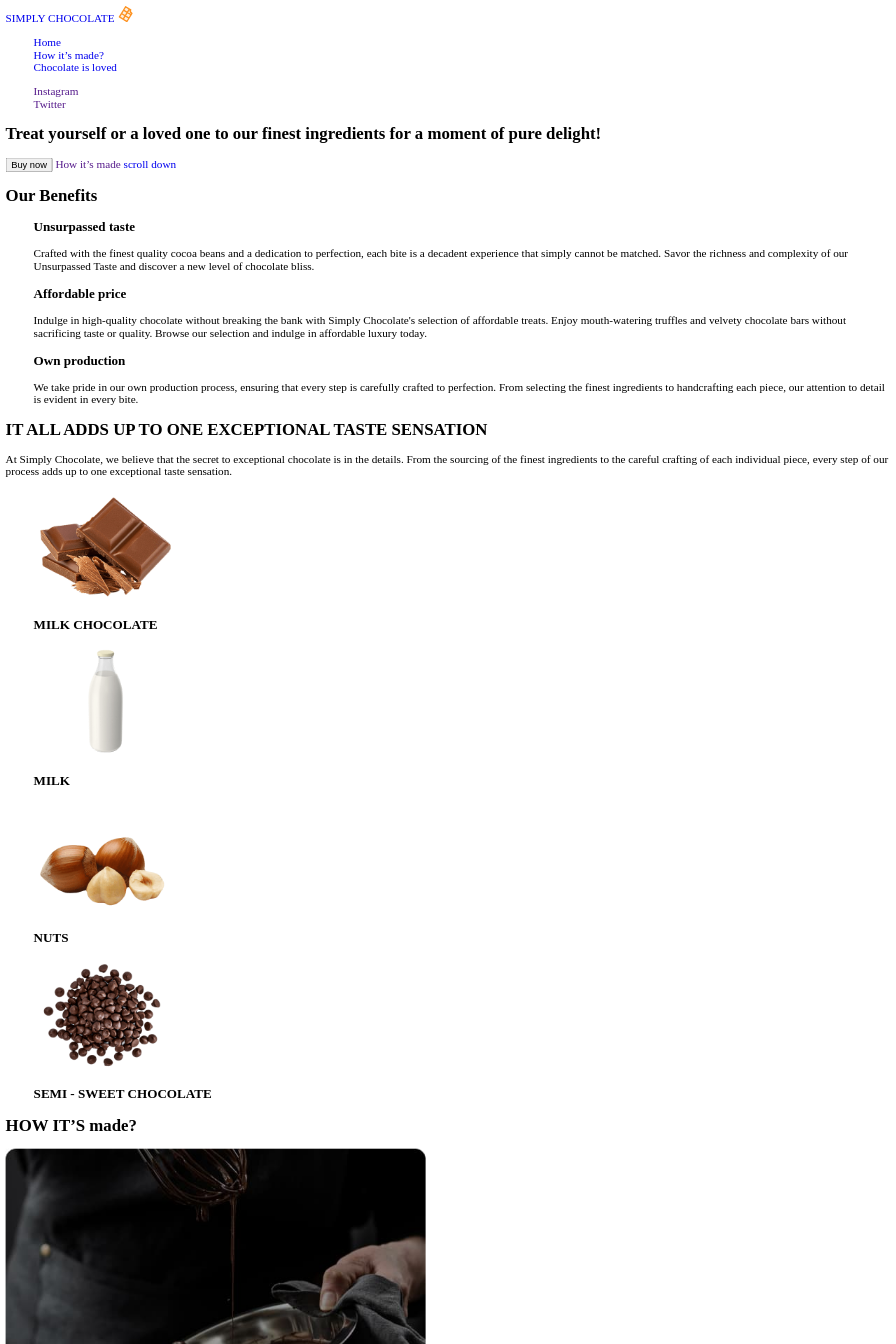
Repository: Sofiia-Khomyk/goit-markup-class-01
Page: index.html
These files come from the project's save history. The page is drawn as it stood at one moment and after the next save; the edit follows.
The browser window is 1280 px wide. The pictures show the part of the page from y = 0 to 1920 px (the page is 3037 px tall), at 70% of full size.

Above is the page before, as saved 2024-11-16 19:42:58.

### index.html
<!DOCTYPE html>
<html lang="en">
  <head>
    <meta charset="UTF-8" />
    <meta name="viewport" content="width=device-width, initial-scale=1.0" />
    <title>Chocolate</title>
    <link rel="preconnect" href="https://fonts.googleapis.com" />
    <link rel="preconnect" href="https://fonts.gstatic.com" crossorigin />
    <link
      href="https://fonts.googleapis.com/css2?family=Montserrat:ital,wght@0,100..900;1,100..900&family=Raleway:wght@700&family=Roboto:wght@100;400;500;700&display=swap"
      rel="stylesheet"
    />
    <link rel="stylesheet" href="./css/style.css">
  </head>
  <body>
    <!-- Page Header -->
    <header>
      <nav>
        <a href="index.html"
          >SIMPLY CHOCOLATE
          <img src="./images/chocolate-logo.svg" alt="site logo" />
        </a>
        <ul>
          <li>
            <a href="index.html">Home</a>
          </li>
          <li>
            <a href="#how-made">How it’s made?</a>
          </li>
          <li>
            <a href="#reviews">Chocolate is loved</a>
          </li>
        </ul>
      </nav>
      <ul>
        <li>
          <a href="" target="_blank" rel="noopener noreferrer">Instagram</a>
        </li>
        <li>
          <a href="" target="_blank" rel="noopener noreferrer">Twitter</a>
        </li>
      </ul>
    </header>

    <main>
      <!-- Hero Section -->
      <section>
        <h1>
          Treat yourself or a loved one to our finest ingredients for a moment
          of pure delight!
        </h1>
        <button type="button">Buy now</button>
        <a href="">How it’s made</a>
        <a href="#benefits">scroll down</a>
      </section>
      <!-- Our Benefits -->
      <section id="benefits">
        <h2>Our Benefits</h2>
        <ul>
          <li>
            <h3>Unsurpassed taste</h3>
            <p>
              Crafted with the finest quality cocoa beans and a dedication to
              perfection, each bite is a decadent experience that simply cannot
              be matched. Savor the richness and complexity of our Unsurpassed
              Taste and discover a new level of chocolate bliss.
            </p>
          </li>
          <li>
            <h3>Affordable price</h3>
            <p>
              Indulge in high-quality chocolate without breaking the bank with
              Simply Chocolate's selection of affordable treats. Enjoy
              mouth-watering truffles and velvety chocolate bars without
              sacrificing taste or quality. Browse our selection and indulge in
              affordable luxury today.
            </p>
          </li>
          <li>
            <h3>Own production</h3>
            <p>
              We take pride in our own production process, ensuring that every
              step is carefully crafted to perfection. From selecting the finest
              ingredients to handcrafting each piece, our attention to detail is
              evident in every bite.
            </p>
          </li>
        </ul>
      </section>
      <!-- Ingredients Section -->
      <section>
        <h2>IT ALL ADDS UP TO ONE EXCEPTIONAL TASTE SENSATION</h2>
        <p>
          At Simply Chocolate, we believe that the secret to exceptional
          chocolate is in the details. From the sourcing of the finest
          ingredients to the careful crafting of each individual piece, every
          step of our process adds up to one exceptional taste sensation.
        </p>
        <ul>
          <li>
            <img
              src="./images/ingredients/milk-chocolate.png"
              alt="Milk chocolate"
              width="206"
              height="160"
            />
            <h3>MILK CHOCOLATE</h3>
          </li>
          <li>
            <img
              src="./images/ingredients/milk.png"
              alt="Milk"
              width="206"
              height="160"
            />
            <h3>MILK</h3>
          </li>
          <li>
            <img
              src="./images/ingredients/nuts.png"
              alt="Nuts"
              width="206"
              height="160"
            />
            <h3>NUTS</h3>
          </li>
          <li>
            <img
              src="./images/ingredients/coffee.png"
              alt="Semi Sweet Chocolate"
              width="206"
              height="160"
            />
            <h3>SEMI - SWEET CHOCOLATE</h3>
          </li>
        </ul>
      </section>
      <!-- How its made -->
      <section id="how-made">
        <h2>HOW IT’S made?</h2>
        <img
          src="./images/made-chocolate/made-chocolate.jpg"
          alt="How it’s made"
          width="600"
          height="400"
        />
        <h3>
          Try our chocolates today and discover the perfect balance of flavor
        </h3>
        <ul>
          <li>
            Heat the milk in a saucepan without bringing it to a boil. Add sugar
            and cocoa powder.
          </li>
          <li>
            At the same time, prepare a water bath. Melt the butter on it.
          </li>
          <li>
            "Mix" the milk mixture and already liquid butter. Mix thoroughly
            with a silicone spatula so that the mass becomes uniform and silky.
          </li>
          <li>Heat the mixture over low heat, letting it barely boil.</li>
          <li>
            Pour the chocolate into special containers (can be replaced with ice
            molds). Allow to cool and harden.
          </li>
        </ul>
      </section>
      <!-- Reviews Section -->
      <section id="reviews">
        <h2>chocolate is loved</h2>
        <ul>
          <li>
            <img
              src="./images/reviews/vic-dob.png"
              alt="Victoria Dobrorzanska avatar"
              width="80"
              height="80"
            />
            <h3>Victoria Dobrzhanska</h3>
            <p>
              I love this chocolate bar. Perfect combination of light crispy
              wafer, covered in a thin layer chocolate.
            </p>
          </li>
          <li>
            <img
              src="./images/reviews/naz-bab.png"
              alt="Nazar Babenko avatar"
              width="80"
              height="80"
            />
            <h3>Nazar Babenko</h3>
            <p>
              This chocolate confection is a delight! A delight! The wafer is
              light and crisp, the hazelnut cream is smooth, and the chocolate
              is good.
            </p>
          </li>
          <li>
            <img
              src="./images/reviews/olen-kam.png"
              alt="Olena Kampusch avatar"
              width="80"
              height="80"
            />
            <h3>Olena Kampusch</h3>
            <p>
              Chocolate is a family favourite treat. Love the delicious smooth
              chocolate and the creaminess inside. The wafer is soft but
              crunchy.
            </p>
          </li>
        </ul>
        <button type="button">Leave a review</button>
      </section>
    </main>
    <!-- Page Footer -->
    <footer>
      <h2>Chocolate a delicious cure for a bad day</h2>
      <address>
        <p>Contact us</p>
        <ul>
          <li>
            <a href="tel:+3804439426">+380 (68) 443-94-26</a>
          </li>
          <li>
            <a href="mailto:simplycthаoc@gmail.com">simplycthаoc@gmail.com</a>
          </li>
        </ul>
      </address>
      <nav>
        <ul>
          <li><a href="./index.html">Home</a></li>
          <li><a href="#how-made">How it’s made?</a></li>
          <li><a href="#reviews">Chocolate is loved</a></li>
        </ul>
      </nav>
    </footer>
  </body>
</html>

### css/style.css
ul,
ol {
  list-style-type: none;
}
a {
  text-decoration: none;
}

After the next save:
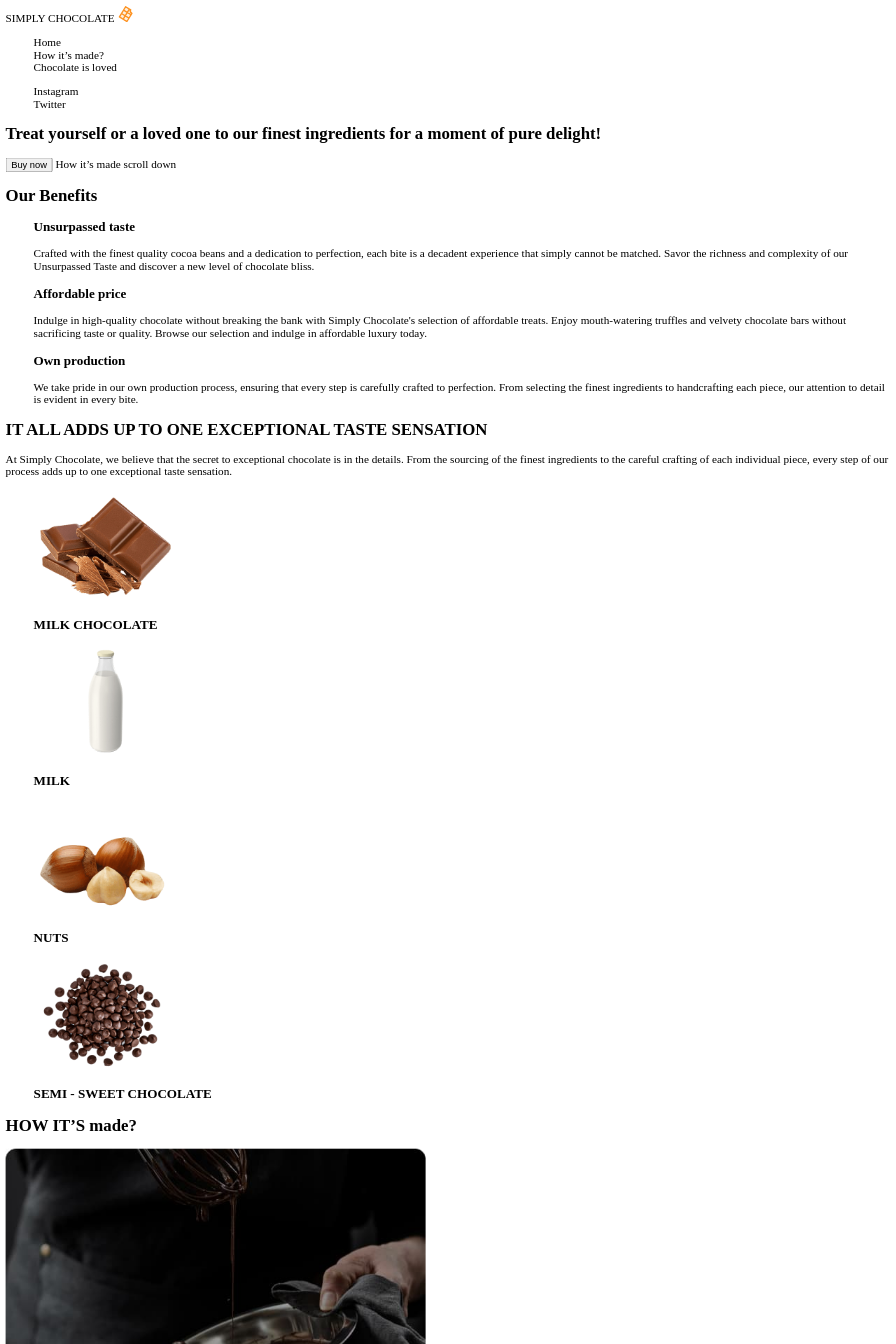
Saved 105 s later.
--- a/css/style.css
+++ b/css/style.css
@@ -3,5 +3,6 @@ ol {
   list-style-type: none;
 }
 a {
+  color: inherit;
   text-decoration: none;
 }
